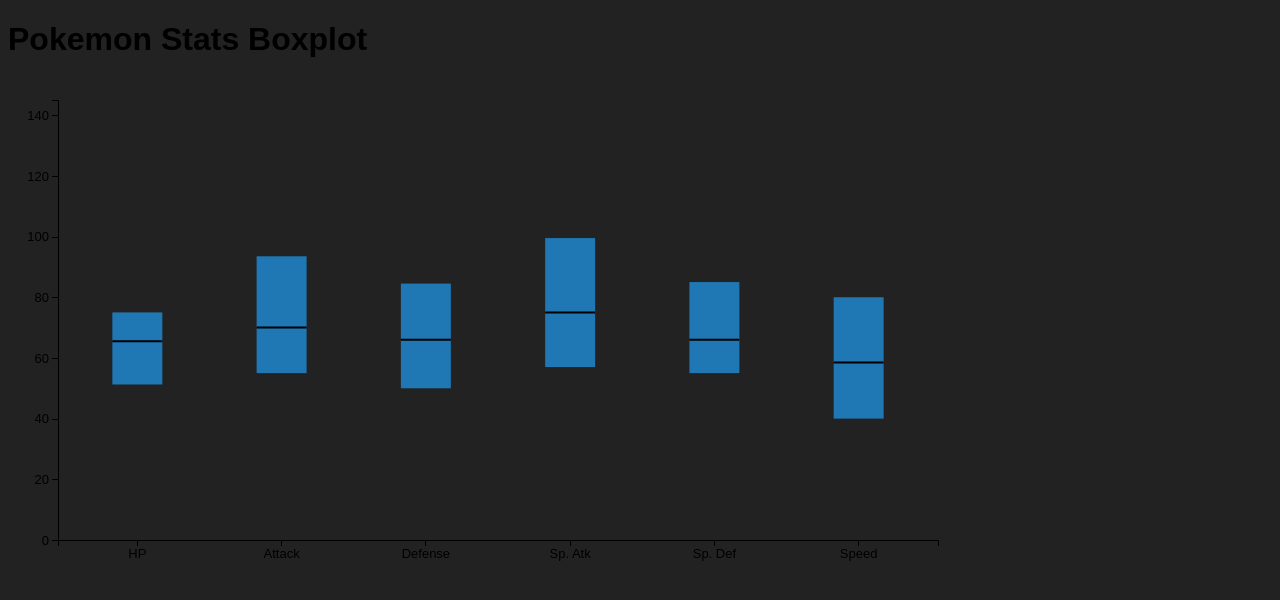
Repository: Cartterr/Proyecto-VisInfo
Page: Propuesta1_Tipos_Cajas.html
An editor plug-in stored every save of this project. The page is shown before and after the next save, followed by the edit.
The browser window is 1280 px wide. The pictures show the whole page.

Above is the page before, as saved 2023-06-27 22:41:00.

### Propuesta1_Tipos_Cajas.html
<!DOCTYPE html>
<html>
<head>
    <meta charset="utf-8">
    <title>Pokemon Stats Boxplot</title>
    <link rel="stylesheet" href="Propuesta1_Tipos_Cajas.css">
    <script src="https://d3js.org/d3.v7.min.js"></script>
</head>
<body>
    <h1>Pokemon Stats Boxplot</h1>
    <div id="boxplot"></div>
    <script src="Propuesta1_Tipos_Cajas.js"></script>
</body>
</html>

### Propuesta1_Tipos_Cajas.css
body {
    font-family: Arial, sans-serif;
    background-color: #222;
}

.box {
    fill: #1f77b4;
}

.median {
    stroke: black;
    stroke-width: 2px;
}

.axis text {
    font-size: 13px;
}

.axis line,
.axis path {
    fill: none;
    stroke: #000;
    shape-rendering: crispEdges;
}

### Propuesta1_Tipos_Cajas.js
d3.csv("pokemon.csv").then(data => {
    const types = Array.from(new Set(data.map(d => d["Type 1"])));
    const statNames = ["HP", "Attack", "Defense", "Sp. Atk", "Sp. Def", "Speed"];

    const margin = { top: 20, right: 30, bottom: 40, left: 50 },
        width = 960 - margin.left - margin.right,
        height = 500 - margin.top - margin.bottom;

    const svg = d3.select("#boxplot")
        .append("svg")
        .attr("width", width + margin.left + margin.right)
        .attr("height", height + margin.top + margin.bottom)
        .append("g")
        .attr("transform", `translate(${margin.left},${margin.top})`);

    const x = d3.scaleBand()
        .range([0, width])
        .padding(0.1);

    const y = d3.scaleLinear()
        .range([height, 0]);

    const xAxis = d3.axisBottom(x);
    const yAxis = d3.axisLeft(y);

    svg.append("g")
        .attr("class", "axis x-axis")
        .attr("transform", `translate(0,${height})`)
        .call(xAxis);

    svg.append("g")
        .attr("class", "axis y-axis")
        .call(yAxis);

    const updateBoxPlot = (selectedType) => {
        const typeData = data.filter(d => d["Type 1"] === selectedType);

        const typeStats = statNames.map(stat => typeData.map(d => +d[stat]));

        x.domain(statNames);
        y.domain([0, d3.max(typeStats, d => d3.max(d))]);

        svg.select(".x-axis")
            .call(xAxis);

        svg.select(".y-axis")
            .transition()
            .duration(250)
            .call(yAxis);

        const boxWidth = Math.min(50, x.bandwidth());

        svg.selectAll(".box")
            .data(typeStats)
            .join("rect")
            .transition()
            .duration(450)
            .attr("class", "box")
            .attr("x", (d, i) => x(statNames[i]) + (x.bandwidth() - boxWidth) / 2)
            .attr("width", boxWidth)
            .attr("y", d => y(d3.quantile(d, 0.75)))
            .attr("height", d => y(d3.quantile(d, 0.25)) - y(d3.quantile(d, 0.75)));

        typeList.selectAll("li")
            .classed("selected", d => d === selectedType);

        svg.selectAll(".median")
            .data(typeStats)
            .join("line")
            .transition()
            .duration(450)
            .attr("class", "median")
            .attr("x1", (d, i) => x(statNames[i]) + (x.bandwidth() - boxWidth) / 2)
            .attr("x2", (d, i) => x(statNames[i]) + (x.bandwidth() + boxWidth) / 2)
            .attr("y1", d => y(d3.median(d)))
            .attr("y2", d => y(d3.median(d)));
    };



    const typeList = d3.select("#typeList");
    typeList.selectAll("li")
        .data(types)
        .enter()
        .append("li")
        .text(d => d)
        .on("click", function () {
            selectedType = d3.select(this).text();
            updateBoxPlot(selectedType);
        });

    // Initialize with the first type
    updateBoxPlot(types[0]);
});

After the next save:
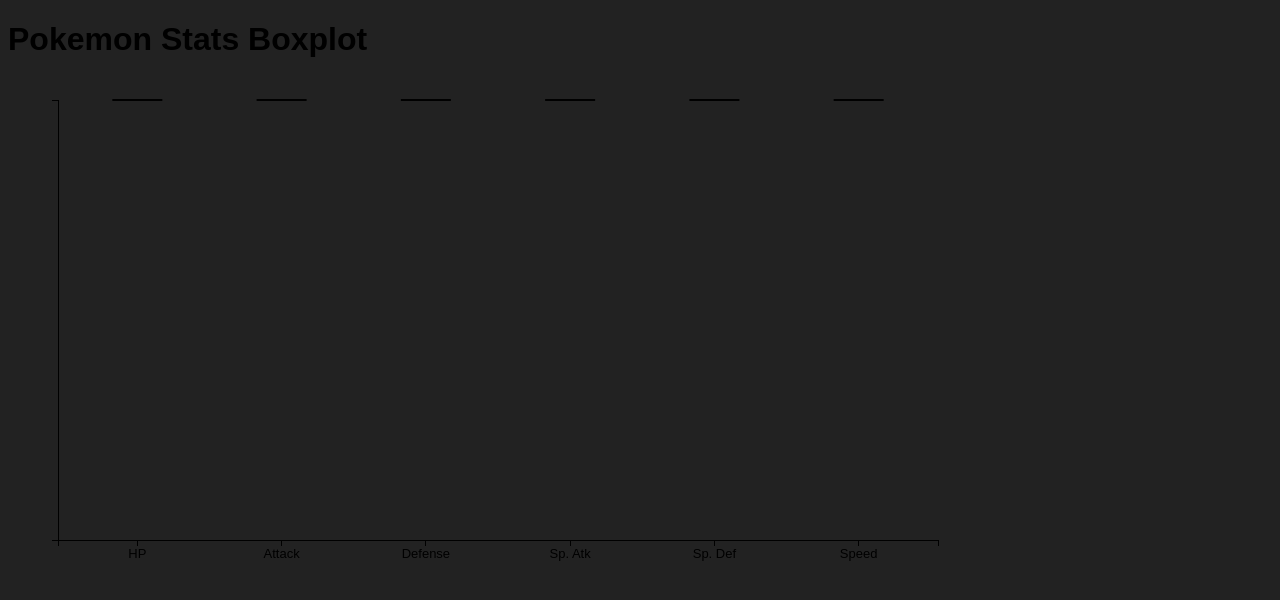
Saved 18 s later.
--- a/Propuesta1_Tipos_Cajas.js
+++ b/Propuesta1_Tipos_Cajas.js
@@ -32,8 +32,8 @@
         .attr("class", "axis y-axis")
         .call(yAxis);
 
-    const updateBoxPlot = (selectedType) => {
-        const typeData = data.filter(d => d["Type 1"] === selectedType);
+    const updateBoxPlot = (selectedType, minTotal, maxTotal) => {
+        const typeData = data.filter(d => d["Type 1"] === selectedType && d["Total"] >= minTotal && d["Total"] <= maxTotal);
 
         const typeStats = statNames.map(stat => typeData.map(d => +d[stat]));
 
